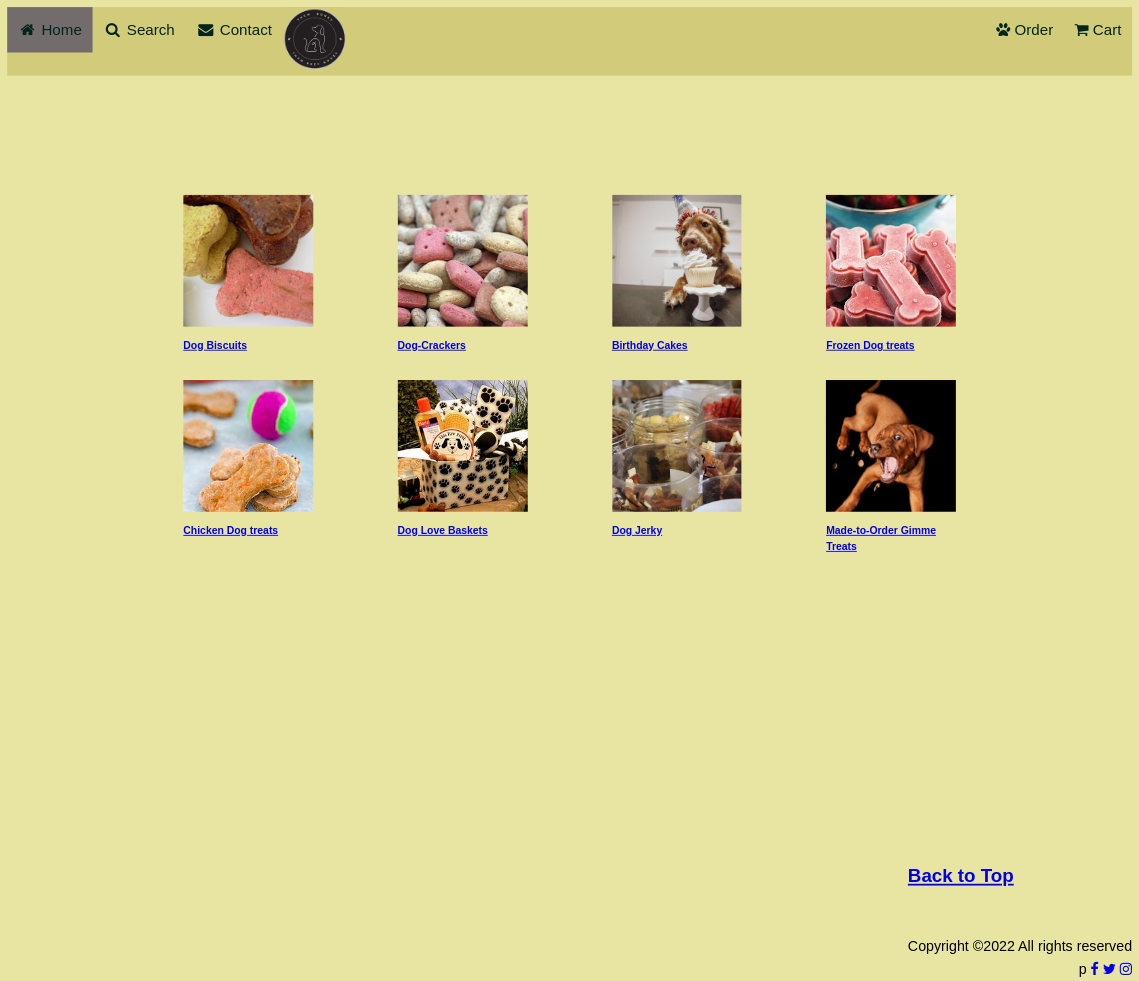
Repository: vgoins-RA2022/HTML-1
Page: index.html
An editor plug-in stored every save of this project. The page is shown before and after a run of saves, followed by the edit.
The browser window is 1280 px wide. The pictures show the whole page, at 89% of full size.

Above is the page before, as saved 2023-01-21 19:52:37.

### index.html
<!DOCTYPE html>
<html lang="en">

<head>
  <meta charset="UTF-8">
  <meta name="viewport" content="width=device-width, initial-scale=1">
  <link rel="stylesheet" href="https://cdnjs.cloudflare.com/ajax/libs/font-awesome/4.7.0/css/font-awesome.min.css">
  <link rel="stylesheet" href="../HTML-1/src/css/Style.css" type="text/css">
  <title>Simple HTML Assignment 1</title>
</head>

<header>
    <!-- setup top navigator bar. position logo, home and contact navators on the left-->
    <div class="navbar" float: left>
      <img src="src/img/them-bones-logo.png" alt="them-bones-logo" class="logo" >
      <a class="active" href="#"><i class="fa fa-fw fa-home"></i> Home</a>
      <a href="#"><i class="fa fa-fw fa-search"></i> Search</a>
      <a href="#"><i class="fa fa-fw fa-envelope"></i> Contact</a>
      <!-- position order and cart navigators on the right -->
    <div class="right"><a href="#"><i class="fa fa-paw" aria-hidden="true"></i> Order</a>
    <div class="right"><a href="#"><i class="fa fa-shopping-cart" aria-hidden="true"></i> Cart</a>
    </div>
  </header>

<body>
  <div class="container">
     <!-- set of store gallery of self-contained items enclosed in the figure tags  -->
    <div class="gallery">

      <figure class="gallery__item gallery__item--1">
            <img src="src/img/animal-dog- biscuits.jpg" alt="animal-dog-biscuits" class="gallery__img" >
              <h3 class= image-text>
                <h3><a href="#">Dog Biscuits</a></h3>
              </h3>
        </figure>
        <figure class="gallery__item gallery__item--2">
            <img src="src/img/animal-dog- crackers.jpg" alt="animal-dog-crackers" class="gallery__img">
                <h3 class= image-text>
                  <h3><a href="#">Dog-Crackers</a></h3>
                </h3>

        </figure>
        <figure class="gallery__item gallery__item--3">
            <img src="src/img/dog-happy-birthday.jpg" alt="dog-happy-birthday" class="gallery__img">
              <h3 class= image-text></h3>
                <h3><a href="#">Birthday Cakes</a></h3>
               </h3>
        </figure>
        <figure class="gallery__item gallery__item--4">
            <img src="src/img/frozen-dog-treats.jpg" alt="frozen-dog-treats" class="gallery__img">
              <h3 class= image-text>
                 <h3><a href="#">Frozen Dog treats</a></h3>
              </h3>
        </figure>
        <figure class="gallery__item gallery__item--5">
            <img src="src/img/chicken-dog-treat.jpg" alt="chicken-dog-treats" class="gallery__img">
              <h3 class= image-text>
                <h3><a href="#">Chicken Dog treats</a></h3>
              </h3>
        </figure>
        <figure class="gallery__item gallery__item--6">
            <img src="src/img/doggy-love-basket.jpg" alt="doggy-love-basket" class="gallery__img">
            <h3 class= image-text>
            <h3><a href="#">Dog Love Baskets</a></h3>
            </h3>
        </figure>
        <figure class="gallery__item gallery__item--7">
            <img src="src/img/Dog-jerkey.png" alt="dog-jerky" class="gallery__img">
            <h3 class= image-text>
              <a href="#">Dog Jerky</a></h3>
            </h3>
        </figure>
        <figure class="gallery__item gallery__item--8">
          <img src="src/img/gimme-dog treats.jpg" alt="gimme-dog-treats" class="gallery__img">
          <h3 class= image-text>
            <a href="#">Made-to-Order Gimme Treats</a>
          </h3>
        </figure>

      </div>
  </div>

  <a href="#" class="button">
    <div class="right"><span class="label"><h3>Back to Top</h3></span>
  </a>
</body>

<footer>
  <!-- <div> id="footer"</div>  footer id attribute -->

  <!-- setup navigator bar in the footer of copywright and social media icons -->

  <div class="navbar-footer">
    <div class="row">
      <div class="col-left">Copyright ©2022 All rights reserved</div>
      <div class="col-right">
        p
        <a href="#"><i class="fa fa-facebook"></i></a>
        <a href="#"><i class="fa fa-twitter"></i></a>
        <a href="#"><i class="fa fa-instagram"></i></a>
      </div>
    </div>
  </div>

  </footer>
</html>

### src/css/Style.css

/* align navigation bar items */
.left-menu {
  grid-column: 1;
}
.right-menu {
  grid-column: -1;
}
/* format logo position, width and height */
.logo {
  grid-column: 3;
  grid-area: logo;
  place-self: center;
  width: 10vh;
  height: 10vh;
  justify-self: center;
  background-color:#d2cc7a;
}

/* style the navigation bar */
.navbar a {
float: left;
padding-top: 70px;
padding: 12px;
color: #02261d;
text-decoration: none;
font-size: 17px;
}
/* set the size of the images */
img {
  width: 400px;
  height: 80px;
}
/* change color of navigation item when cursor hovers */
.navbar a:hover {
background-color: #8e8c8c;
}
.active {
background-color: #736c6c;
}
.left {
  float: left;
}

.right {
  float: right;
 }

.navbar a {
    float: left;
    display: block;
}

.navbar {
    width: 100%;
    background-color: #d2cc7a;
    overflow: auto;
}

.logo img {
    display: inline-block;
    vertical-align: top;
    width: 50px;
    height: 50px;
    margin-right: 20px;
    margin-top: 15px;
}

html {
  box-sizing: border-box;
  font-size: 62.5%;
}

body {
  font-family: "Nunito", sans-serif;
  background-color: rgba(216, 212, 98, 0.585);
  font-weight: 300;
  line-height: 1.6;
}

.container {
  width: 75%;
  margin: 2rem auto;
}

.gallery {
  display: grid;
  grid-template-columns: repeat(8, 1fr);
  grid-template-rows: repeat(8, 5vw);
  grid-gap: 1.5rem;
  row-gap: 40px;
}

.gallery__img {
  width: 100%;
  height: 100%;
  object-fit: cover;
  display: block;
}

.image-txt {
  margin: 3%;
  position: absolute;
  top: 20px;
  left: 50px;
}
/* set length and position of store gallery items */
.gallery__item--1 {
  grid-column: 1 / span 2;
  grid-row: 2 / span 2;
}
.gallery__item--2 {
  grid-column: 3 / span 2;
  grid-row: 2 / span 2;
}
.gallery__item--3 {
  grid-column: 5 / span 2;
  grid-row: 2 / span 2;
}
.gallery__item--4 {
  grid-column: 7 / span 2;
  grid-row: 2 / span 2;
}
.gallery__item--5 {
  grid-column: 1 / span 2;
  grid-row: 4 / span 2;
}
.gallery__item--6 {
  grid-column: 3 / span 2;
  grid-row: 4 / span 2;
}
.gallery__item--7 {
  grid-column: 5 / span 2;
  grid-row: 4 / span 2;
}
.gallery__item--8 {
  grid-column: 7 / span 2;
  grid-row: 4 / span 2;
}
/* Style the button */
.button {
  outline: none;
  padding: 10px 16px;

  cursor: pointer;
  font-size: 18px;
}


.button:hover {
  background-color: #ddd;
}

.button.active {
  background-color: #666;
  color: white;
}

.navbar-footer {
  font-size: 16px;
  display: flex;
  justify-content: space-between;
}
.col-left {
  text-align: left;
}
.col-right {
  text-align: right;
}


.footer {
  background: #061D25;
  padding: 10px 0;
}
.footer a {
  color: #70726F;
  font-size: 20px;
  padding: 10px;
  border-right: 1px solid #70726F;
  transition: all .5s ease;
}
.flex-container {
  display: flex;
  background: #d2cc7a;
}

.copyright{
  text-align: center;
  padding-top: 24px;
  font-weight: 500;
  opacity: 0.8;
  font-size: 16px;
}
@media (max-width: 767px) {

    .h6{
      margin: 0 auto;
      text-align: center;
      margin-top: 10px;
      margin-bottom: 10px;
    }
    .ul{
      text-align: center;
    }
    .social{
        width: 100%;
        margin: 0 auto;
        font-size: "15px";
        text-align: center;
        padding: 40px;
        padding-bottom: 0px;
        border-top: 1px solid #eee;
        margin-top: 50px;
    }

  }

After the next 5 saves:
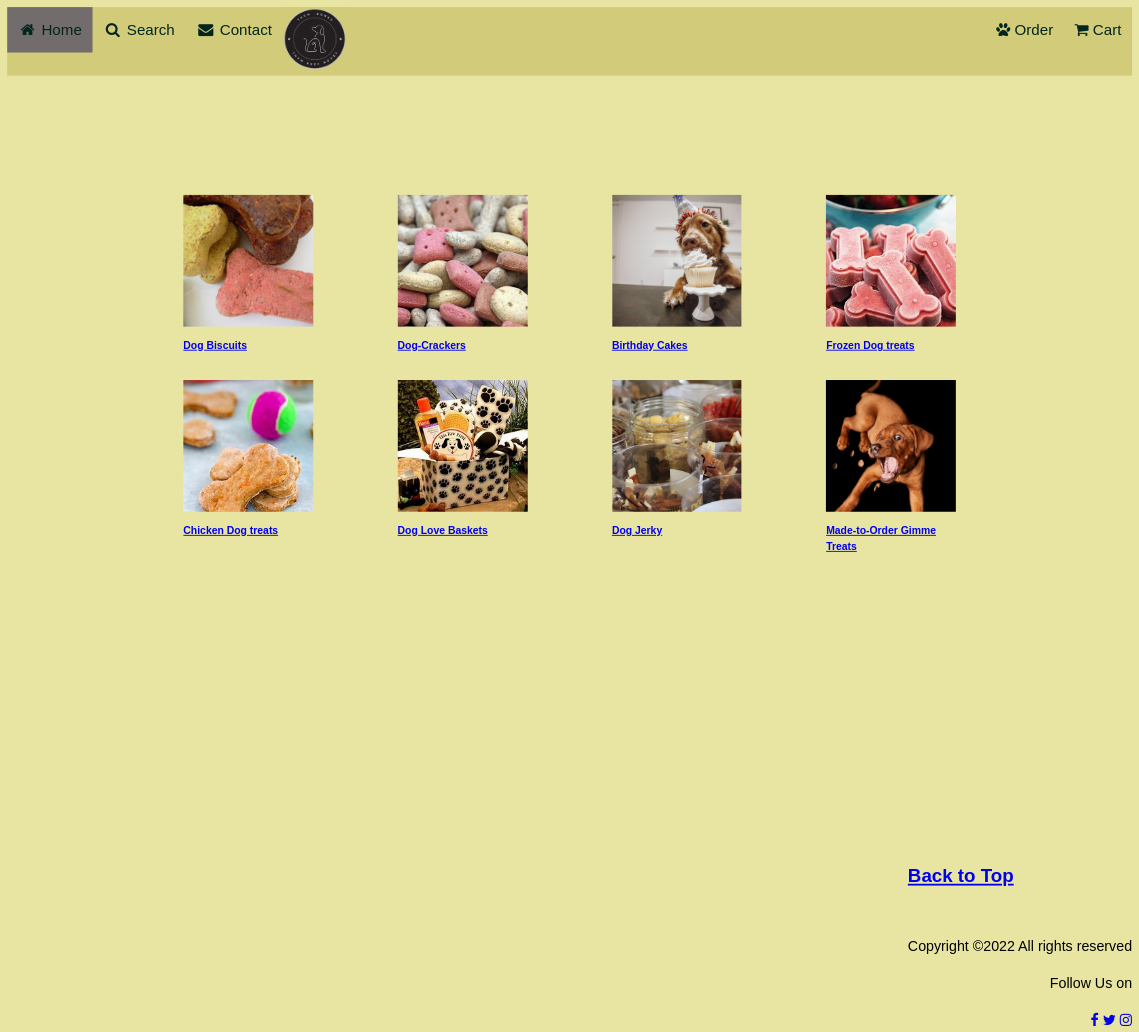
The 5 saves are shown as one change because they came seconds apart.
The last was saved 13 s later.
--- a/index.html
+++ b/index.html
@@ -94,7 +94,7 @@
     <div class="row">
       <div class="col-left">Copyright ©2022 All rights reserved</div>
       <div class="col-right">
-        p
+        <p>Follow Us on</p>
         <a href="#"><i class="fa fa-facebook"></i></a>
         <a href="#"><i class="fa fa-twitter"></i></a>
         <a href="#"><i class="fa fa-instagram"></i></a>
